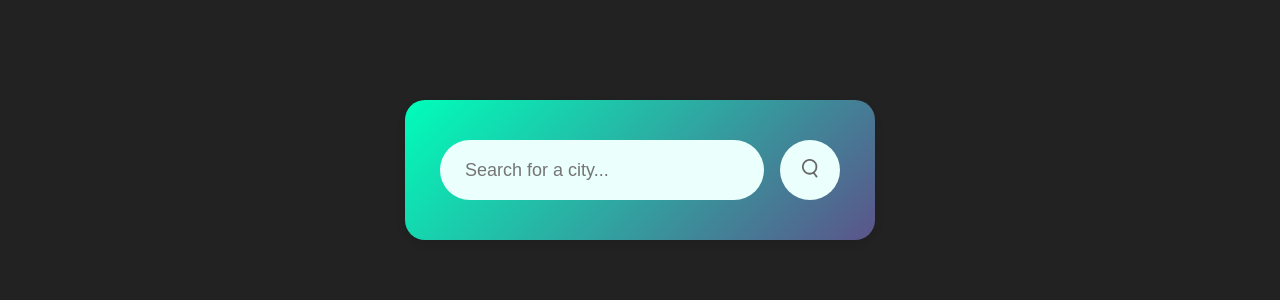
Repository: Abdelilah-Lakrim/Weather-App
Page: index.html
These files come from the project's save history. The page is drawn as it stood at one moment and after a run of saves; the edit follows.
The browser window is 1280 px wide. The pictures show the whole page.

Above is the page before, as saved 2025-06-17 11:09:50.

### index.html
<!DOCTYPE html>
<html>
<head>
    <meta charset="UTF-8" />
    <title>Weather App</title>
    <link rel="stylesheet" href="style.css" >
</head>
<body>

    <div class="card">
        <div class="search">
            <input type="text" placeholder="Search for a city..." spellcheck="false" />
            <button><img src="images/search.png"></button>
        </div>
    </div>

</body>
</html>

### style.css
*{
    margin: 0;
    padding: 0;
    font-family: 'Poppins', sans-serif;
    box-sizing: border-box;
}
body{
    background-color: #222;
    color: #333;
}
.card{
    width: 90%;
    max-width: 470px;
    background: linear-gradient(135deg, #00feba, #5b548a);
    color: #fff;
    margin: 100px auto  0;
    padding: 40px 35px;
    border-radius: 20px;
    box-shadow: 0 4px 8px rgba(0, 0, 0, 0.1);
    overflow: hidden;
    position: relative;
    text-align: center;
}
.search{
    width: 100%;
    display: flex;
    align-items: center;
    justify-content: space-between;
}

.search input{
    border: 0;
    outline: 0;
    background: #ebfffc;
    color: #333;
    padding: 10px 25px;
    height: 60px;
    border-radius: 30px;
    flex: 1;
    margin-right: 16px;
    font-size: 18px;
}

.search button{
    border: 0;
    outline: 0;
    background: #ebfffc;
    height: 60px;
    width: 60px;
    border-radius: 50px;
    cursor: pointer;
}
.search button img{
    width: 16px;
}

After the next 2 saves:
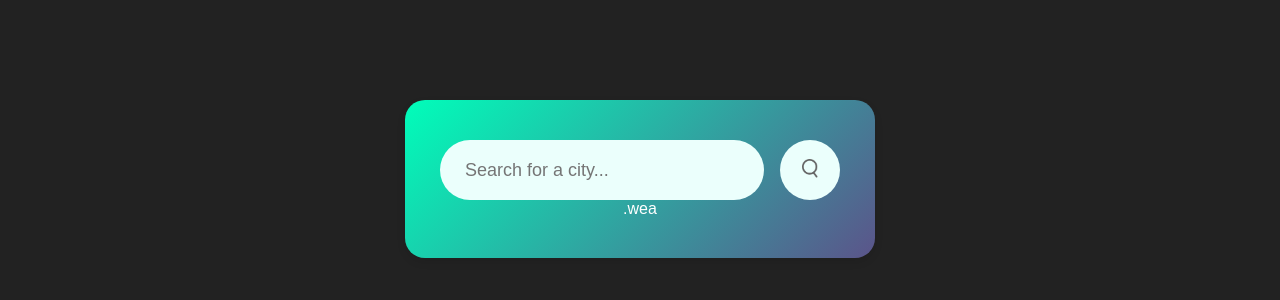
The 2 saves are shown as one change because they came seconds apart.
The last was saved 35 s later.
--- a/index.html
+++ b/index.html
@@ -12,6 +12,7 @@
             <input type="text" placeholder="Search for a city..." spellcheck="false" />
             <button><img src="images/search.png"></button>
         </div>
+        .wea
     </div>
 
 </body>
